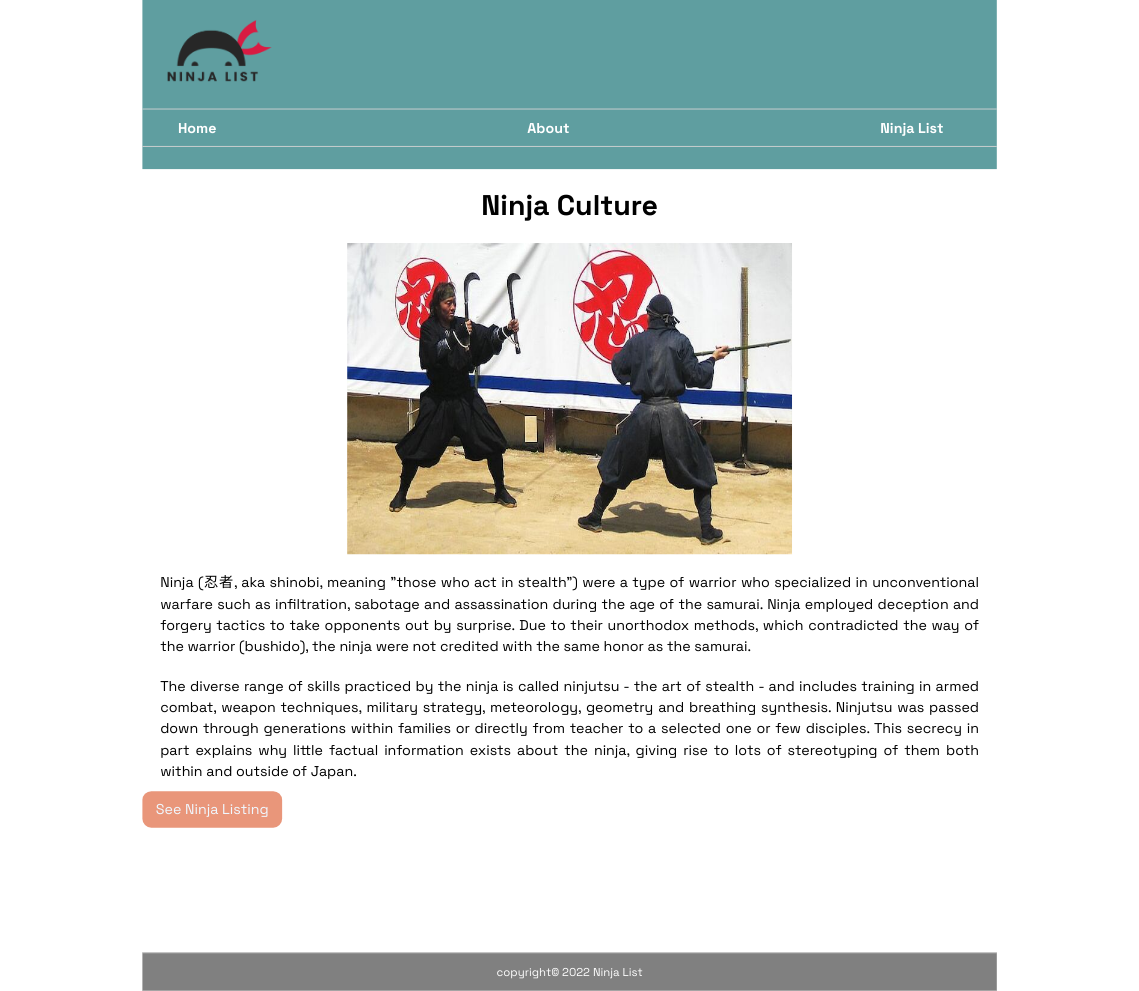
Repository: SaadYasin/ninja-list-next-training
Page: /
These files come from the project's save history. The page is drawn as it stood at one moment and after a run of saves; the edit follows.
The browser window is 1280 px wide. The pictures show the whole page, at 89% of full size.
The project was rebuilt for these pictures with package versions that can differ from the ones it lists, and the page was loaded fresh each time. The framework's server and built-in components were replaced by stand-ins that run in the browser. Also part of the build but not shown: next.config.js.

Above is the page before, as saved 2022-10-15 23:46:09.

After the next 4 saves:
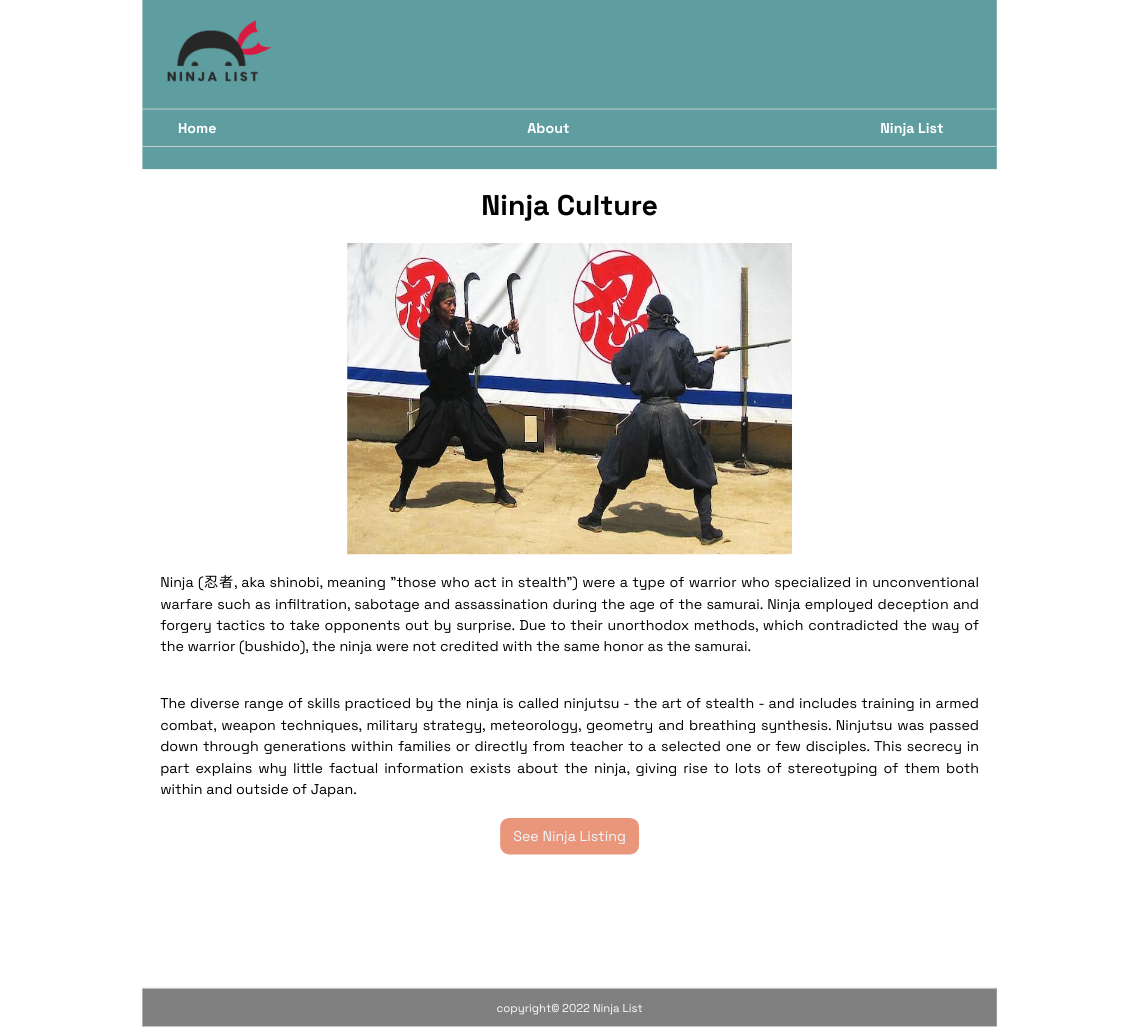
The 4 saves are shown as one change because they came seconds apart.
The last was saved 11 s later.
--- a/styles/Home.module.css
+++ b/styles/Home.module.css
@@ -1,5 +1,6 @@
 .mainContainer {
-
+  display: flex;
+  flex-direction: column;
 }
 
 .heading {
